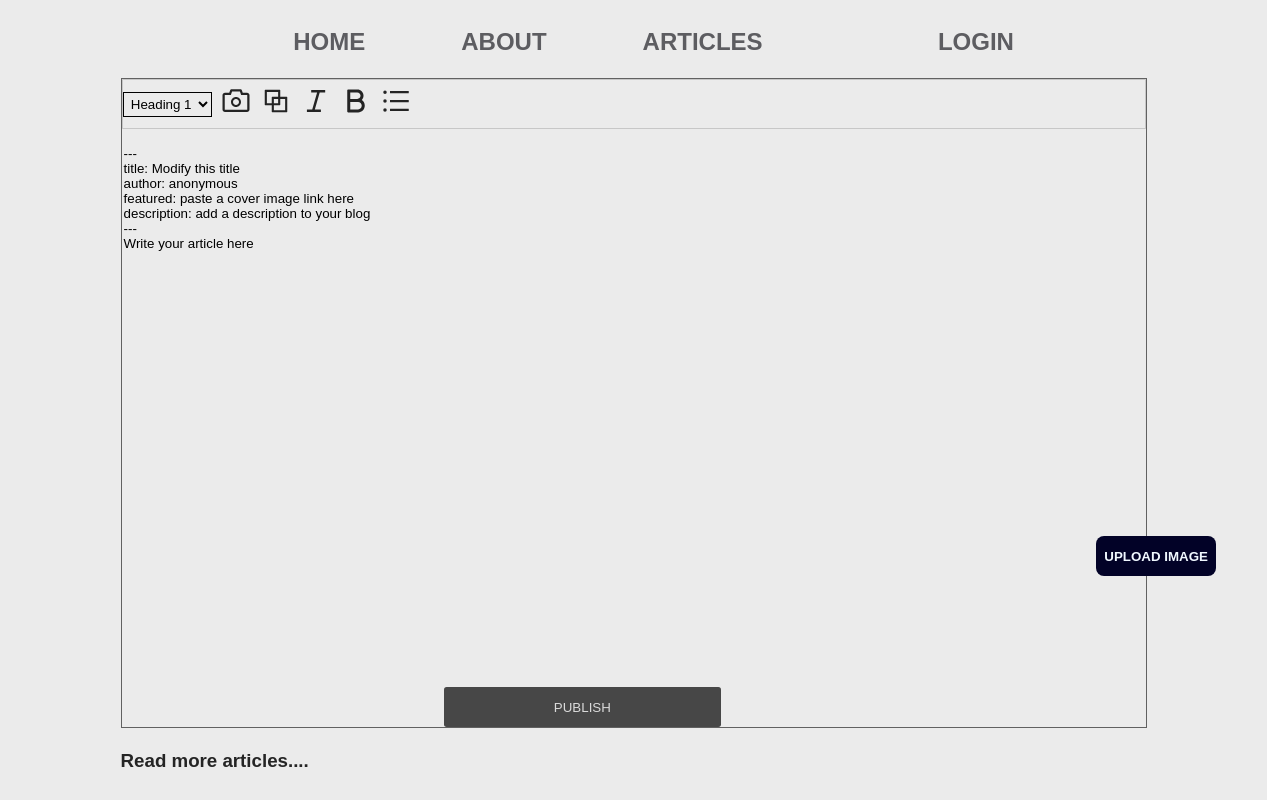
Repository: ValGrace/-static-site
Page: /articles (app in client/)
The author's editor kept a copy of each file at every save. The page is drawn from the files as they stood at one save, then again after the next save.
The browser window is 1280 px wide. The pictures show the whole page.
The page's requests for data from a server got no answer. The project was rebuilt for these pictures with package versions that can differ from the ones it lists, and the page was loaded fresh each time. No one was signed in, and anything a server would have sent is missing. Also part of the build but not shown: client/vite.config.js, client/src/Components/Login.jsx, client/src/Components/Signup.jsx, client/src/Components/MidSection.jsx, client/src/Components/HomeSection.jsx, client/src/Components/TopSection.jsx, client/src/MdFiles/MdFileContext.js, client/src/Pages/HomePage.jsx and 1 more.

Above is the page before, as saved 2023-07-02 13:00:49.

After the next save:
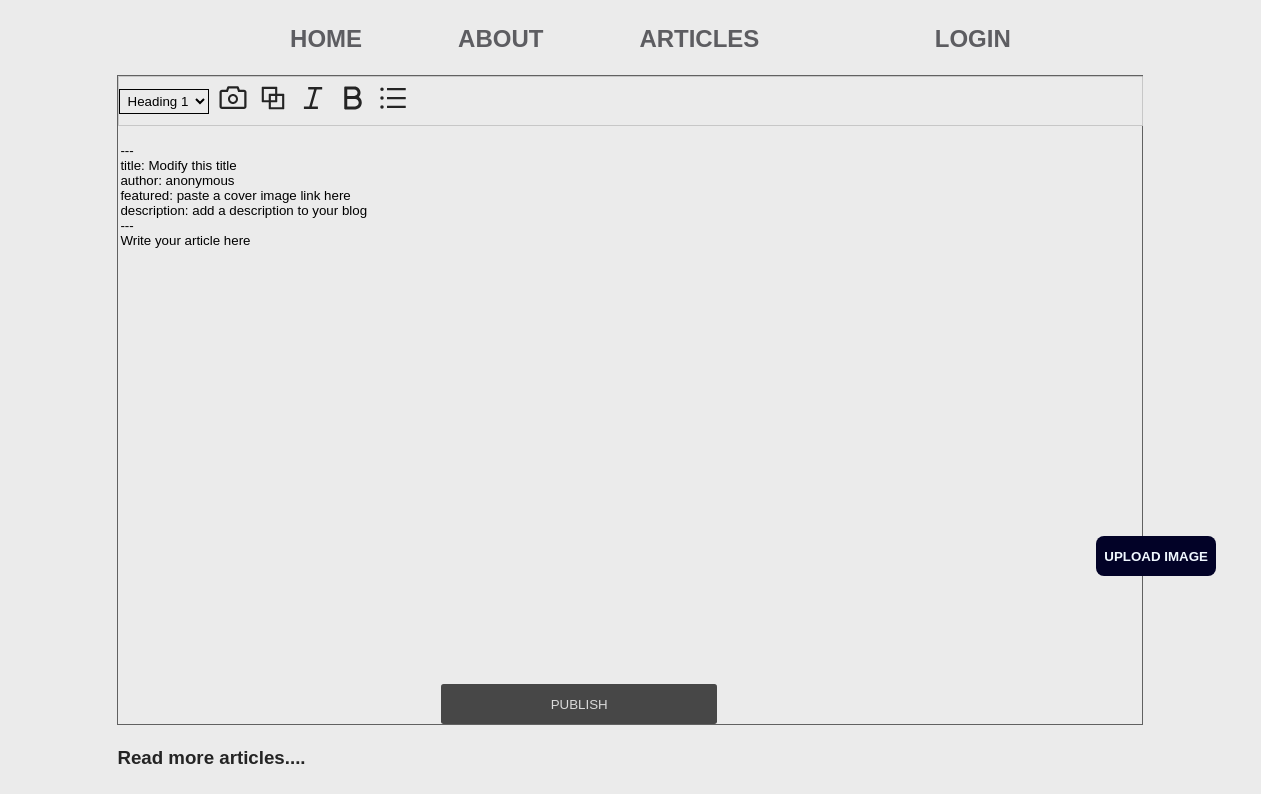
Saved 14 s later.
--- a/client/src/App.css
+++ b/client/src/App.css
@@ -4,7 +4,7 @@
   justify-content: center;
   align-items: center;
   margin: 0;
-  padding: 0.4em;
+  padding: 0.2em;
   width: 98%;
   background-color: rgba(226, 226, 226, 0.699);
 }
